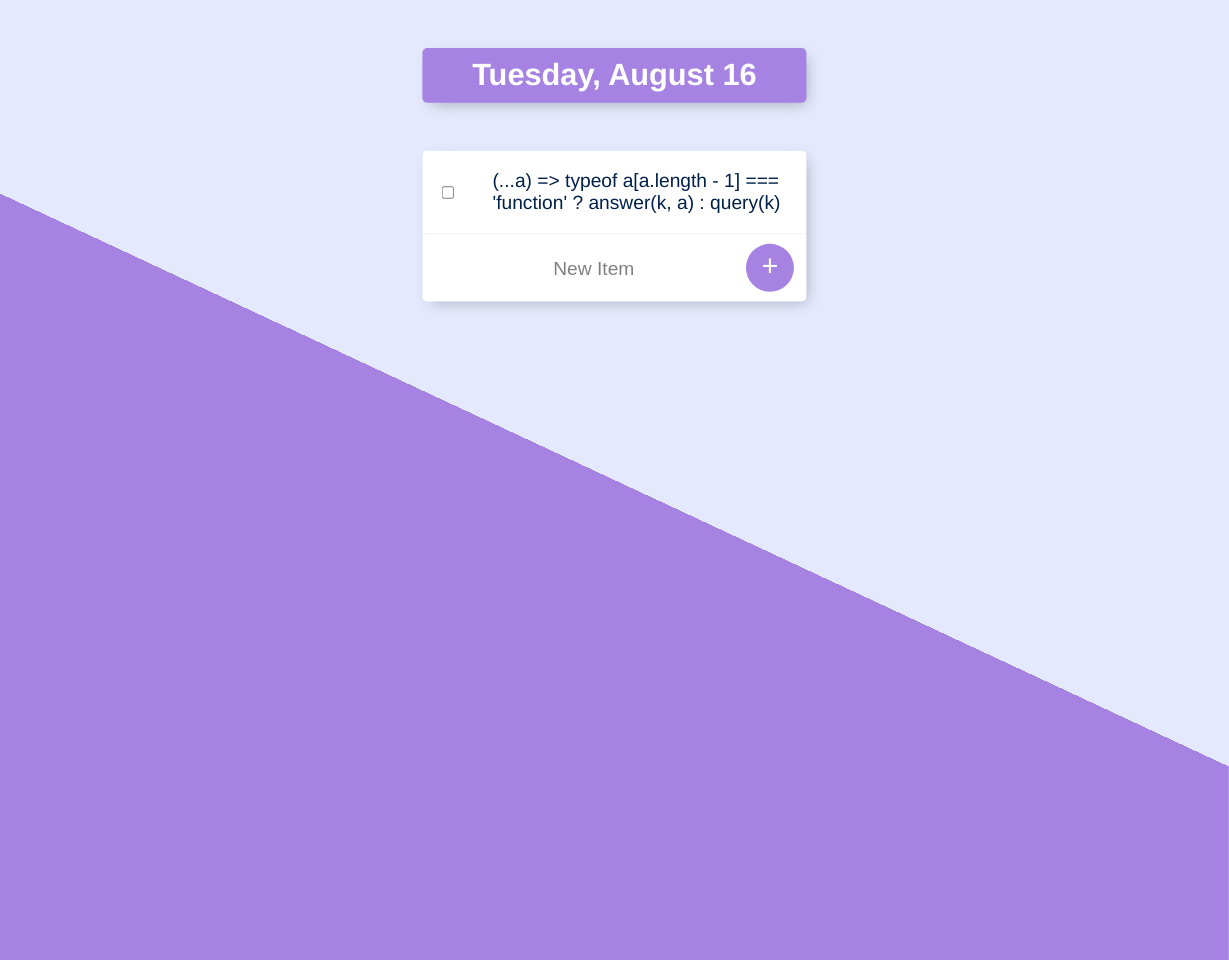
Repository: leyvamn2/todolist
Page: http://localhost/
These files come from the project's save history. The page is drawn as it stood at one moment and after the next save; the edit follows.
The browser window is 1280 px wide. The pictures show the whole page, at 96% of full size.
The page is served by the project's Node server (app.js).

Above is the page before, as saved 2022-08-25 21:52:52.

### views/list.ejs
<!DOCTYPE html>
<html lang="eng" dir="ltr">
    <head>
        <meta charset="utf-8">
        <title>To do List</title>
        <link rel="stylesheet" href="css/style.css">
    </head>

    <body>

        <div class="box" id="heading">
            <h1><%=kindOfDay %> </h1>
        </div>

        <div class="box">

                <% for(var i=0;i<newListItems.length;i++){ %>
                    <div class="item">
                        <input type="checkbox">
                        <p><%= newListItems[i] %></p>
                    </div>

                <% } %>
                <form class="item" action="/" method="post">
                    <input type="text" name="newItem" placeholder="New Item" autocomplete="off">
                    <button type="submit" name="button">+</button>
               </form>




        </div>

    </body>
</html>

### app.js
//jshin esversion:7
const express=require("express");
const bodyParser= require("body-parser");
const mongoose=require("mongoose");

const app= express();

app.set("view engine","ejs");

//location css files
app.use(bodyParser.urlencoded({ extended: false }));
app.use(express.static("public"));

mongoose.connect("mongodb://localhost:27017/todolistDB",{useNewUrlParser:true});
//modelo
const itemSchema={
    name:String
};
//schema
const Item = mongoose.model("item",itemSchema);

//crear objetos
const item1= new Item({
    name:"Welcome"
});
const item2= new Item({
    name:"Oa"
});
const item3= new Item({
    name:"Ao"
});

const defaultItems=[item1,item2,item3];

Item.insertMany(defaultItems,function(err){
    if(err){
        console.log(err);
    }
    else{
        console.log("yay");
    }
});

app.get("/",function(req,res){

    let today=new Date();
    let options={
        weekday:"long",
        day:"numeric",
        month: "long"
    };
    let currentDay=today.getDay();

    let day=today.toLocaleDateString("en-US",options);

    res.render("list.ejs", { kindOfDay:day,  newListItems: Item});
});

app.post("/",function(req,res){
    let item=req.body.newItem;
    items.push(item);

    res.redirect("/");
    // res.render("list.ejs",{kindOfDay:day, newListItem: })
});


app.listen(3001,function(){
    console.log("Server on port 3000");

});

### public/css/style.css
html {
    background-color: #E4E9FD;
    background-image: -webkit-linear-gradient(65deg, #A683E3 50%, #E4E9FD 50%);
    min-height: 1000px;
    font-family: 'helvetica neue';
  }

  h1 {
    color: #fff;
    padding: 10px;
  }

  .box {
    max-width: 400px;
    margin: 50px auto;
    background: white;
    border-radius: 5px;
    box-shadow: 5px 5px 15px -5px rgba(0, 0, 0, 0.3);
  }

  #heading {
    background-color: #A683E3;
    text-align: center;
  }

  .item {
    min-height: 70px;
    display: flex;
    align-items: center;
    border-bottom: 1px solid #F1F1F1;
  }

  .item:last-child {
    border-bottom: 0;
  }

  input:checked+p {
    text-decoration: line-through;
    text-decoration-color: #A683E3;
  }

  input[type="checkbox"] {
    margin: 20px;
  }

  p {
    margin: 0;
    padding: 20px;
    font-size: 20px;
    font-weight: 200;
    color: #00204a;
  }

  form {
    text-align: center;
    margin-left: 20px;
  }

  button {
    min-height: 50px;
    width: 50px;
    border-radius: 50%;
    border-color: transparent;
    background-color: #A683E3;
    color: #fff;
    font-size: 30px;
    padding-bottom: 6px;
    border-width: 0;
  }

  input[type="text"] {
    text-align: center;
    height: 60px;
    top: 10px;
    border: none;
    background: transparent;
    font-size: 20px;
    font-weight: 200;
    width: 313px;
  }

  input[type="text"]:focus {
    outline: none;
    box-shadow: inset 0 -3px 0 0 #A683E3;
  }

  ::placeholder {
    color: grey;
    opacity: 1;
  }
  /*target placeholder */
  footer {
    color: white;
    color: rgba(0, 0, 0, 0.5);
    text-align: center;
  }

After the next save:
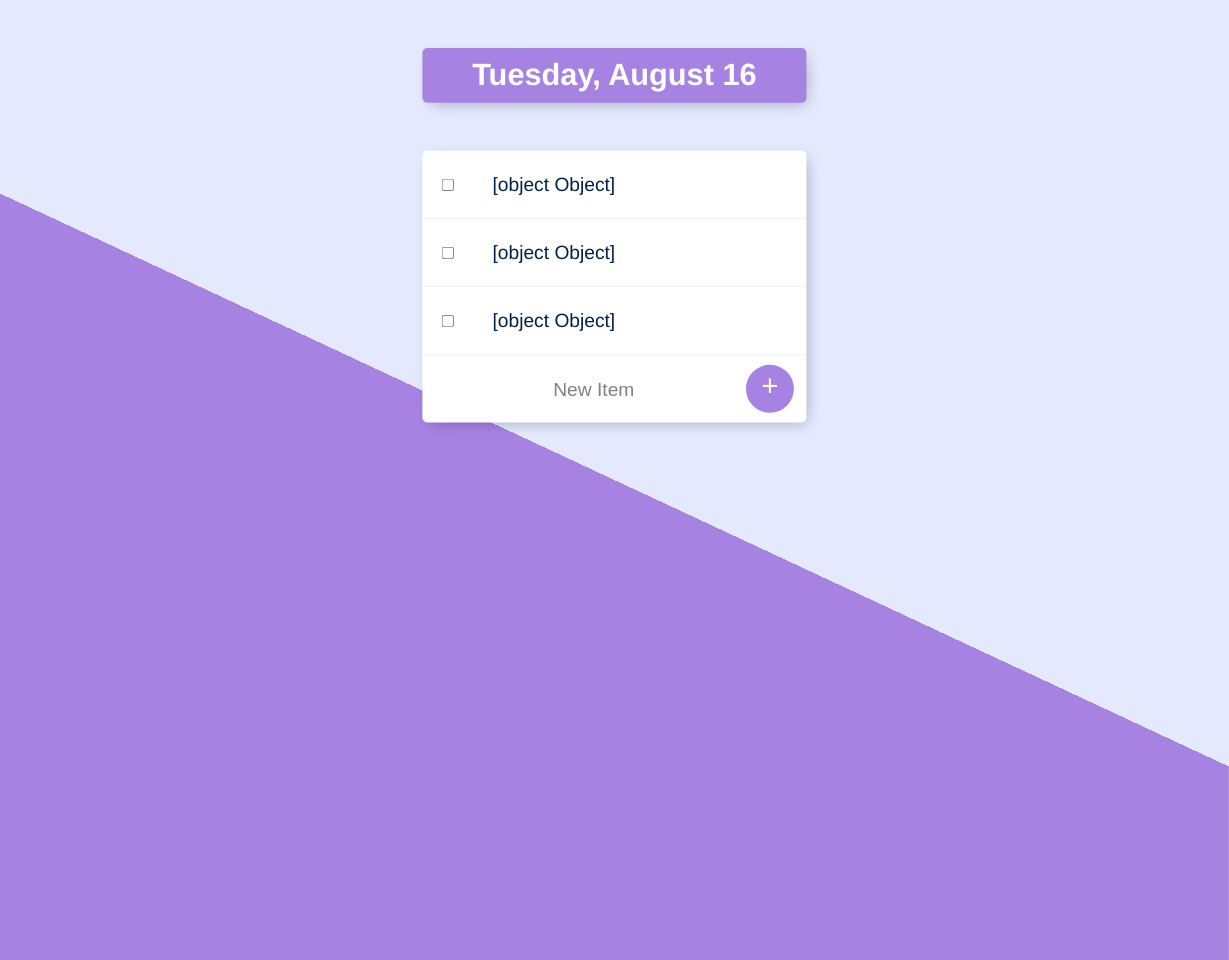
Saved 34 s later.
--- a/app.js
+++ b/app.js
@@ -53,7 +53,7 @@
 
     let day=today.toLocaleDateString("en-US",options);
 
-    res.render("list.ejs", { kindOfDay:day,  newListItems: Item});
+    res.render("list.ejs", { kindOfDay:day,  newListItems: defaultItems});
 });
 
 app.post("/",function(req,res){

After the 2 saves that followed:
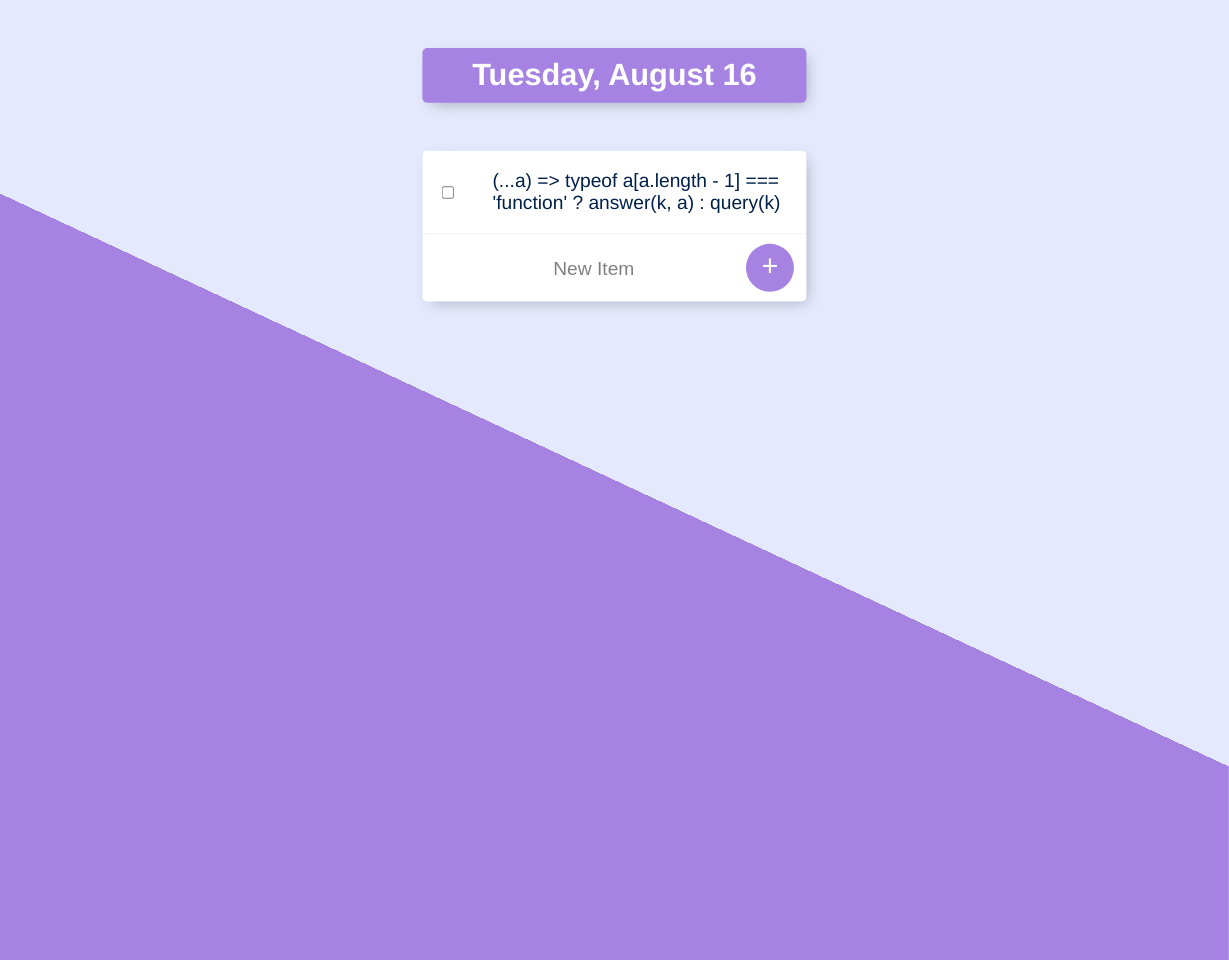
The 2 saves are shown as one change because 1 did not build or start.
The last was saved 87 s later.
--- a/app.js
+++ b/app.js
@@ -53,12 +53,12 @@
 
     let day=today.toLocaleDateString("en-US",options);
 
-    res.render("list.ejs", { kindOfDay:day,  newListItems: defaultItems});
+    res.render("list.ejs", { kindOfDay:day,  newListItems: Item});
 });
 
 app.post("/",function(req,res){
     let item=req.body.newItem;
-    items.push(item);
+    Item.push(item);
 
     res.redirect("/");
     // res.render("list.ejs",{kindOfDay:day, newListItem: })
